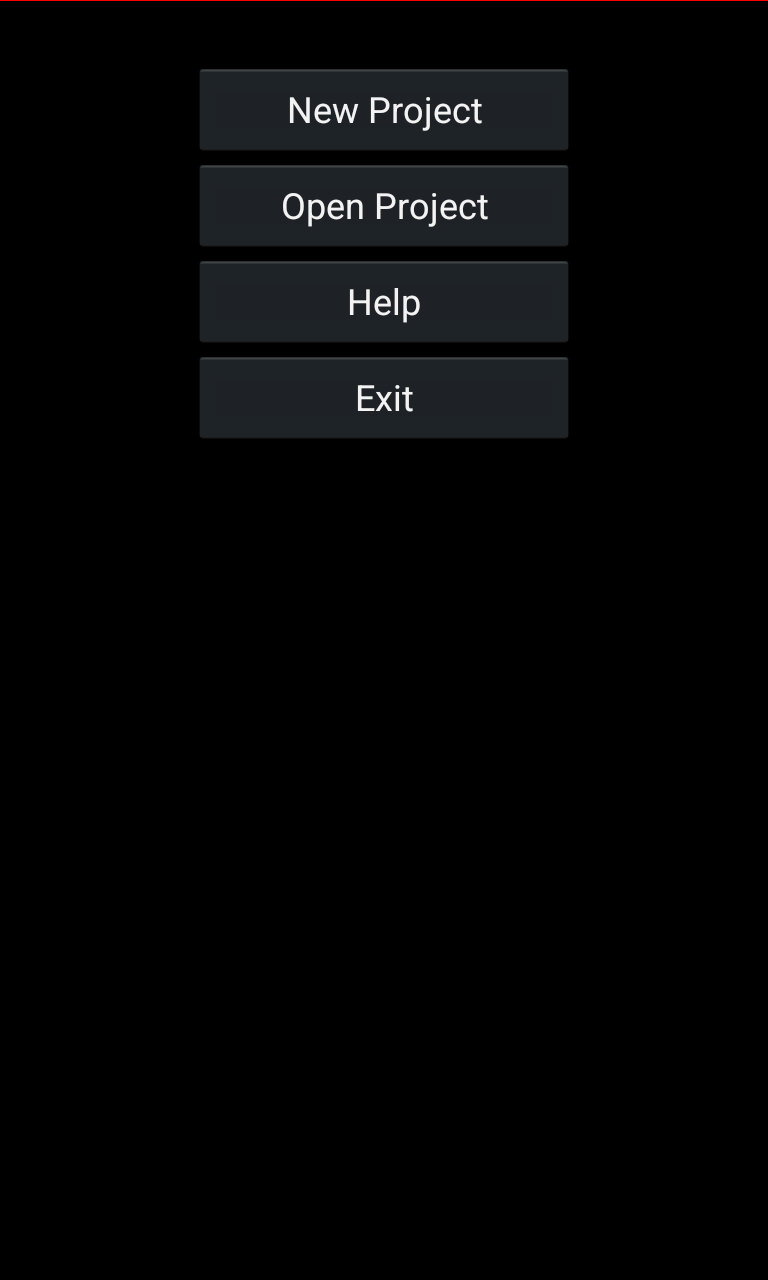
Repository: matthew-robertson/PhysLab
Layout: Phys Lab/Phys Lab/res/layout/activity_title.xml
An editor plug-in stored every save of this project. The layout is shown before and after the next save, followed by the edit.
It is drawn on a 768 x 1280 px phone screen (xhdpi) without system bars, with theme android:Theme.Holo; the app's code is not run.

Above is the layout before, as saved 2013-01-16 23:50:19.

### Phys Lab/Phys Lab/res/layout/activity_title.xml
<LinearLayout xmlns:android="http://schemas.android.com/apk/res/android"
    xmlns:tools="http://schemas.android.com/tools"
    android:id="@+id/layout_activity_title"
    android:layout_width="fill_parent"
    android:layout_height="fill_parent"
    android:gravity="center_horizontal"
    android:orientation="vertical"
    tools:context=".TitleActivity" >

    <ImageView
        android:id="@+id/image_view_logo"
        android:layout_width="fill_parent"
        android:layout_height="wrap_content"
        android:scaleType="center"
        android:src="@drawable/shape_axis"
        android:contentDescription="@string/logo_phys_lab"/>

    <LinearLayout
        android:layout_width="fill_parent"
        android:layout_height="wrap_content"
        android:baselineAligned="false"
        android:gravity="center_horizontal"
        android:orientation="horizontal"
        android:weightSum="1.0" >

        <LinearLayout
            android:layout_width="0dip"
            android:layout_height="wrap_content"
            android:layout_weight=".5"
            android:baselineAligned="false"
            android:orientation="vertical"
            android:paddingTop="30dp" >

            <Button
                android:id="@+id/button_new_project"
                android:layout_width="fill_parent"
                android:layout_height="wrap_content"
                android:text="New Project" />

            <Button
                android:id="@+id/button_open_project"
                android:layout_width="fill_parent"
                android:layout_height="wrap_content"
                android:text="Open Project" />

            <Button
                android:id="@+id/button_help"
                android:layout_width="fill_parent"
                android:layout_height="wrap_content"
                android:text="Help" />

            <Button
                android:id="@+id/button_exit"
                android:layout_width="fill_parent"
                android:layout_height="wrap_content"
                android:text="Exit" />
        </LinearLayout>

        <!--
        style="?android:attr/buttonStyleSmall"
      android:onClick="playButton"
        -->
    </LinearLayout>

</LinearLayout>

### Phys Lab/Phys Lab/res/drawable/shape_axis.xml
<?xml version="1.0" encoding="utf-8"?>
<shape xmlns:android="http://schemas.android.com/apk/res/android"
       android:shape="rectangle"
       android:name="shape_horizontal_axis" >

    	<solid android:color="#FF0000"/>

    <!--
    <stroke android:width="3dp"
            android:color="#ff000000"/>
	-->
	<!--
    <padding android:left="1dp"
             android:top="1dp"
             android:right="1dp"
             android:bottom="1dp"/>
    -->
</shape>

### Phys Lab/Phys Lab/res/values/strings.xml
<?xml version="1.0" encoding="utf-8"?>
<resources>

    <!-- Junk Strings for testing, etc -->
    <string name="app_name">My First App</string>
    <string name="edit_message">Enter a message</string>
    <string name="button_send">Send</string>
    <string name="menu_settings">Settings</string>
    <string name="title_activity_main">MainActivity</string>
    <string name="hello_world">Hello world!</string>
    <string name="title_activity_display_message">My Message</string>
    <string name="title_activity_activity_3">Activity_3</string>
    <string name="file">File</string>
    <string name="create_new">Create New</string>
    <string name="open">Open</string>
    <string name="new_game">NG</string>
    <string name="help">help</string>

    <!-- Action Bar Activity_Graphs Strings -->
    <string name="action_bar_video">Video</string>
    <string name="action_bar_graph">Graphs</string>
    <string name="action_bar_save">Save</string>
    <string name="action_bar_undo">Undo</string>
    <string name="action_bar_set_scale">Set Scale</string>
    <string name="action_bar_set_origin">Set Origin</string>
    <string name="action_bar_export">Export</string>
    <string name="action_bar_export_text">Export to .txt</string>
    <string name="action_bar_export_excel">Export to Excel</string>
    <string name="action_bar_file_menu">Project</string>
    <string name="action_bar_open_project">Open Project</string>
    <string name="action_bar_new_project">New Project</string>
    <string name="action_bar_plot_points_stop">Stop Plotting Points</string>
    <string name="action_bar_plot_points_start">Start Plotting Points</string>
    <string name="action_bar_plot_points">Plot Points</string>
    <string name="action_bar_preferences">Preferences</string>
    <string name="preference_clear_data">Clear Data</string>
    <string name="action_bar_close_preferences">Close Preferences</string>
    <string name="title_activity_video">Video</string>
    <string name="title_activity_preferences">Preferences</string>
    <string name="title_activity_graphing">Graphs</string>
    <string name="action_bar_change_video">Change Video</string>
    <string name="preference_save_option_title">Internal Device Storage</string>
    <string name="preference_save_option_summary">Save project to internal device storage?</string>
    <string name="preference_clear_data_summary">Clear all recorded data points.</string>
    <string name="preferences_title_project">Project</string>

    <!--  -->
    <string name="preference_measure_total_summary">Exclude Y data</string>
    <string name="preference_measure_total_title">X Value</string>
    <string name="preference_measure_y_summary">Exclude X data</string>
    <string name="preference_measure_y_title">Y Value</string>
    <string name="preference_measure_x_summary">Use both X and Y data</string>
    <string name="preference_measure_x_title">Total Distance</string>
    <string name="title_activity_title">TitleActivity</string>
    <string name="logo_phys_lab">Logo - Phys Lab</string>

</resources>

After the next save:
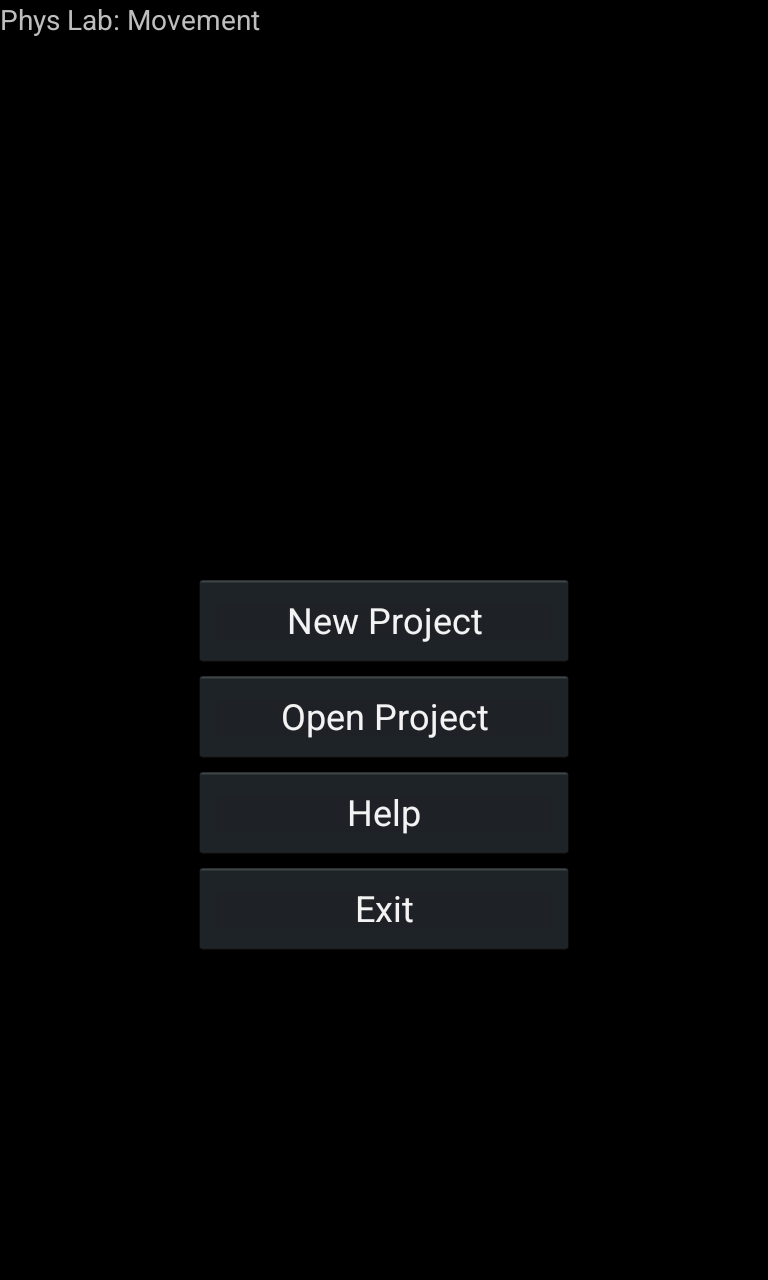
Saved 12 min 35 s later.
--- a/Phys Lab/Phys Lab/res/layout/activity_title.xml
+++ b/Phys Lab/Phys Lab/res/layout/activity_title.xml
@@ -5,19 +5,22 @@
     android:layout_height="fill_parent"
     android:gravity="center_horizontal"
     android:orientation="vertical"
+    android:weightSum="1.0"
     tools:context=".TitleActivity" >
 
-    <ImageView
+    <TextView
         android:id="@+id/image_view_logo"
         android:layout_width="fill_parent"
-        android:layout_height="wrap_content"
+        android:layout_height="0dp"
+        android:layout_weight=".4"
         android:scaleType="center"
-        android:src="@drawable/shape_axis"
+		android:text="Phys Lab: Movement"
         android:contentDescription="@string/logo_phys_lab"/>
 
     <LinearLayout
         android:layout_width="fill_parent"
-        android:layout_height="wrap_content"
+        android:layout_height="0dp"
+        android:layout_weight="0.6"
         android:baselineAligned="false"
         android:gravity="center_horizontal"
         android:orientation="horizontal"
